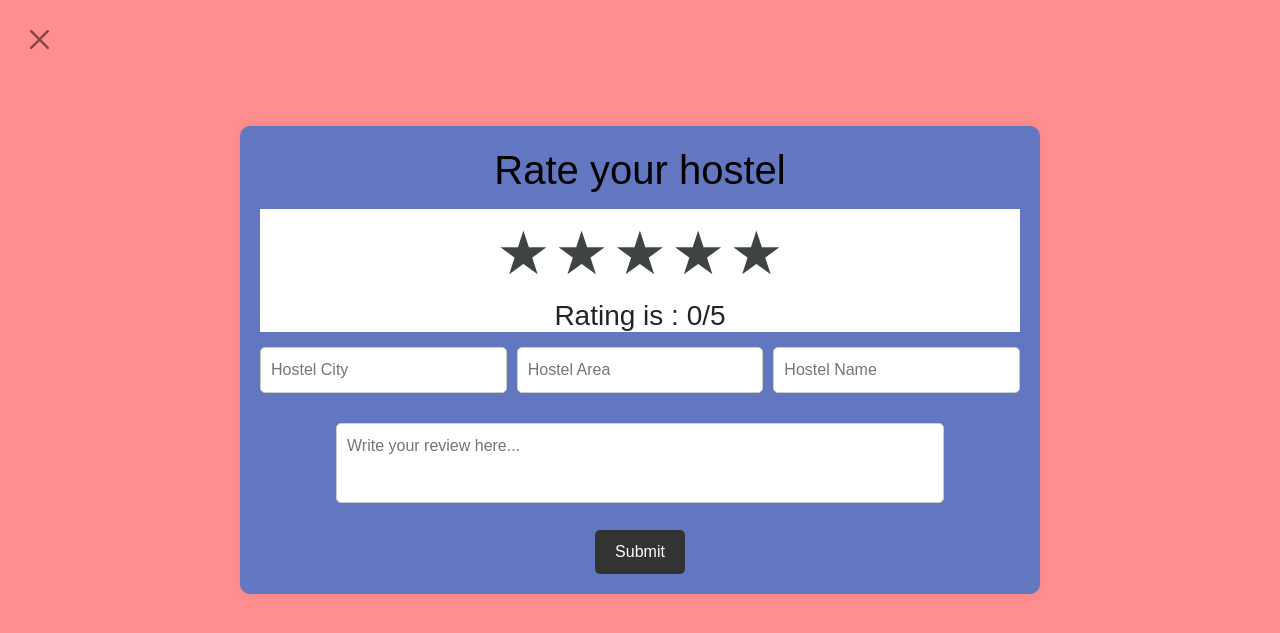
Repository: Sanjana-Inapakolla/Find-your-Roomie-website
Page: http://localhost/MiniProject/Rating.jsp
These files come from the project's save history. The page is drawn as it stood at one moment and after the next save; the edit follows.
The browser window is 1280 px wide. The pictures show the whole page.
The page is served by Tomcat 10.

Above is the page before, as saved 2024-11-13 09:18:59.

After the next save:
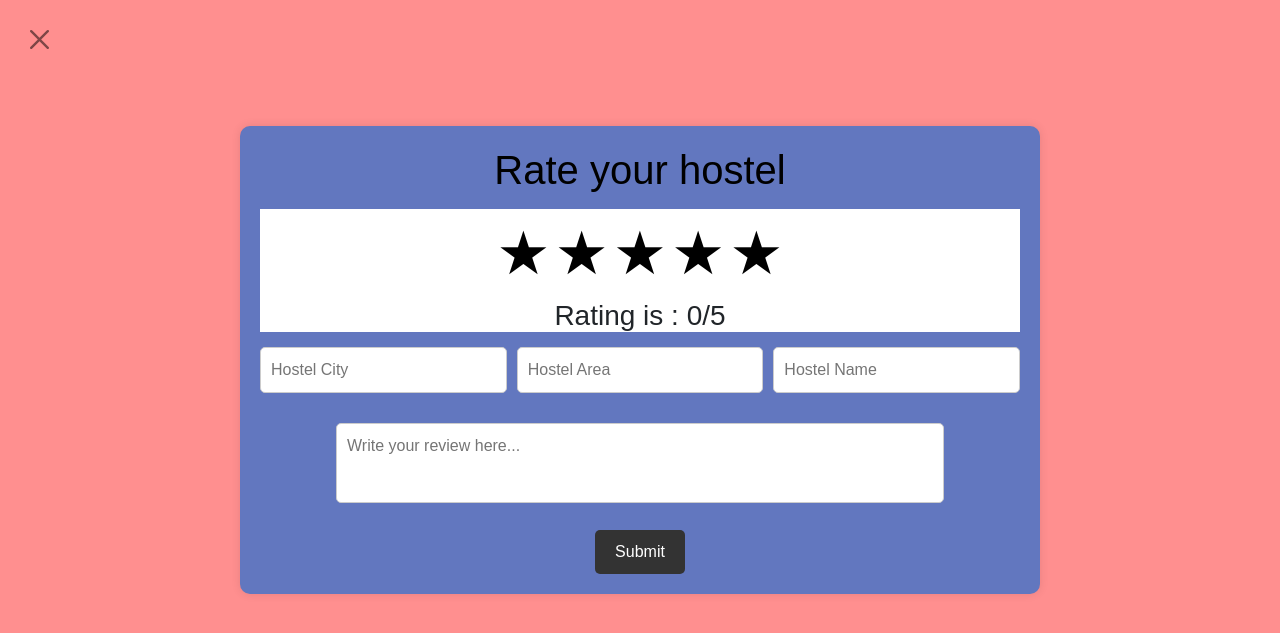
Saved 34 s later.
--- a/mini-project(jfst)/MiniProject/src/main/webapp/Rating.jsp
+++ b/mini-project(jfst)/MiniProject/src/main/webapp/Rating.jsp
@@ -37,7 +37,7 @@
     .star {
         font-size: 60px;
         cursor: pointer;
-        color: #3e4444;
+        color: #000000;
         transition: color 0.3s ease;
     }
 
